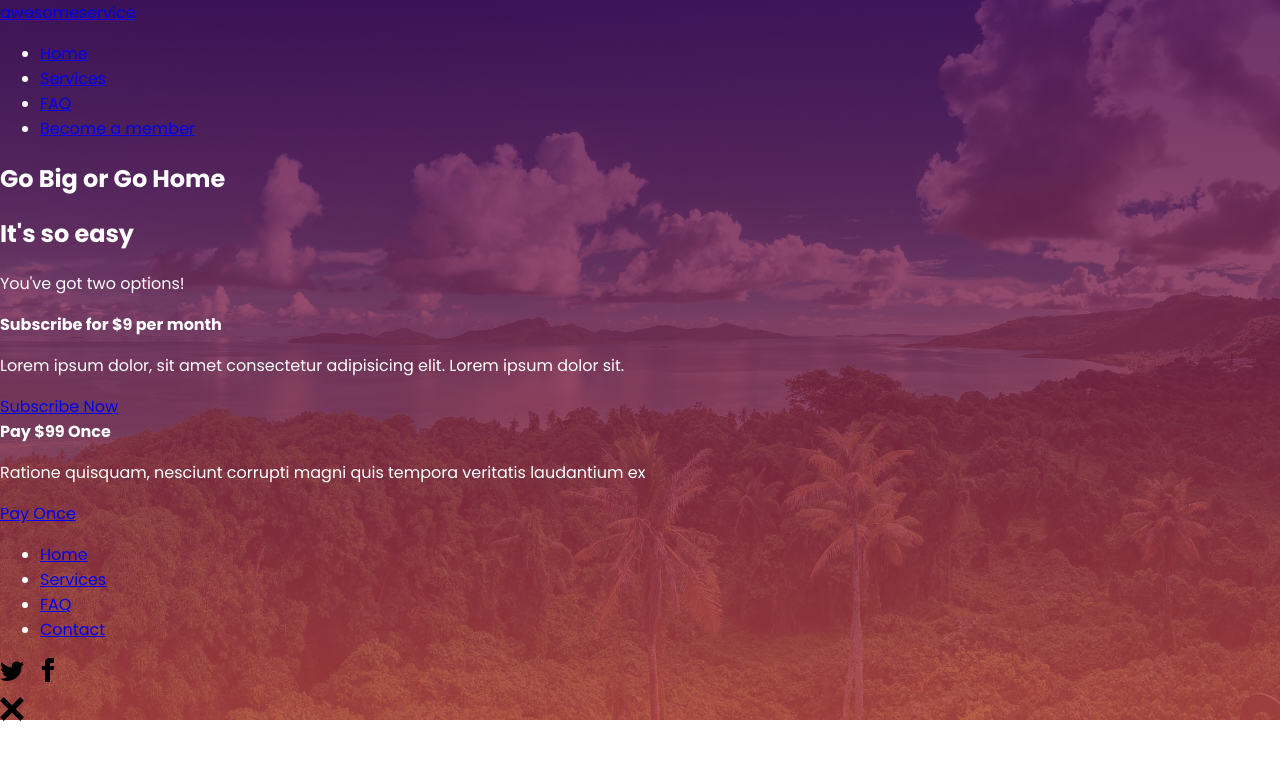
Repository: Hyperion72R/Animated-Navigation
Page: index.html
The author's editor kept a copy of each file at every save. The page is drawn from the files as they stood at one save, then again after a run of saves.
The browser window is 1280 px wide. The pictures show the whole page.
The style sheet was rebuilt from its Sass, Less or Tailwind sources for each picture, by a compiler version that may differ from the author's.

Above is the page before, as saved 2021-08-14 15:34:14.

### index.html
<!DOCTYPE html>
<html lang="en">
  <head>
    <meta charset="UTF-8" />
    <meta http-equiv="X-UA-Compatible" content="IE=edge" />
    <meta name="viewport" content="width=device-width, initial-scale=1.0" />
    <title>Document</title>
    <link rel="stylesheet" href="css/main.css" />
  </head>
  <body>
    <header>
      <a href="#" class="logo">awesomeservice</a>

      <nav>
        <ul>
          <li><a href="#">Home</a></li>
          <li><a href="#">Services</a></li>
          <li><a href="#">FAQ</a></li>
          <li class="active"><a href="#">Become a member</a></li>
        </ul>
      </nav>
    </header>

    <section>
      <h1>Go Big or Go Home</h1>
    </section>

    <div class="overlay">
      <div class="left">
        <h2>It's so easy</h2>
        <p>You've got two options!</p>

        <div class="cards">
          <div class="card">
            <strong>Subscribe for $9 per month</strong>
            <p>
              Lorem ipsum dolor, sit amet consectetur adipisicing elit. Lorem
              ipsum dolor sit.
            </p>
            <a href="#" class="cta">Subscribe Now</a>
          </div>

          <div class="card">
            <strong>Pay $99 Once</strong>
            <p>
              Ratione quisquam, nesciunt corrupti magni quis tempora veritatis
              laudantium ex
            </p>
            <a href="#" class="cta pay-once">Pay Once</a>
          </div>
        </div>
      </div>

      <div class="middle">
        <ul class="secondary">
          <li><a href="#">Home</a></li>
          <li><a href="#">Services</a></li>
          <li><a href="#">FAQ</a></li>
          <li><a href="#">Contact</a></li>
        </ul>

        <div class="social-nav">
          <a href="" class="twitter"
            ><svg
              xmlns="http://www.w3.org/2000/svg"
              width="32"
              height="32"
              viewBox="0 -1.15 32 32"
            >
              <path
                d="M24 4.557c-.883.392-1.832.656-2.828.775 1.017-.609 1.798-1.574 2.165-2.724-.951.564-2.005.974-3.127 1.195-.897-.957-2.178-1.555-3.594-1.555-3.179 0-5.515 2.966-4.797 6.045-4.091-.205-7.719-2.165-10.148-5.144-1.29 2.213-.669 5.108 1.523 6.574-.806-.026-1.566-.247-2.229-.616-.054 2.281 1.581 4.415 3.949 4.89-.693.188-1.452.232-2.224.084.626 1.956 2.444 3.379 4.6 3.419-2.07 1.623-4.678 2.348-7.29 2.04 2.179 1.397 4.768 2.212 7.548 2.212 9.142 0 14.307-7.721 13.995-14.646.962-.695 1.797-1.562 2.457-2.549z"
              /></svg
          ></a>
          <a href="" class="facebook"
            ><svg
              xmlns="http://www.w3.org/2000/svg"
              width="32"
              height="32"
              viewBox="0 0 32 32"
            >
              <path
                d="M9 8h-3v4h3v12h5v-12h3.642l.358-4h-4v-1.667c0-.955.192-1.333 1.115-1.333h2.885v-5h-3.808c-3.596 0-5.192 1.583-5.192 4.615v3.385z"
              /></svg
          ></a>
        </div>
      </div>

      <div class="right">
        <svg
          class="exit"
          xmlns="http://www.w3.org/2000/svg"
          width="58"
          height="58"
          viewBox="0 0 58 58"
        >
          <path
            d="M24 20.188l-8.315-8.209 8.2-8.282-3.697-3.697-8.212 8.318-8.31-8.203-3.666 3.666 8.321 8.24-8.206 8.313 3.666 3.666 8.237-8.318 8.285 8.203z"
          />
        </svg>
      </div>
    </div>
  </body>
</html>

### css/main.scss
@import url("https://fonts.googleapis.com/css2?family=Poppins:ital,wght@0,400;0,500;0,600;0,700;0,800;0,900;1,400;1,500;1,600;1,700;1,800;1,900&display=swap");

*,
*:before,
*::after {
  box-sizing: border-box;
}

body {
  height: 100vh;
  //   background: #8000ff url("../assets/images/bg.jpg");
  background: linear-gradient(rgba(72, 0, 72, 0.8), rgba(192, 72, 72, 0.8)),
    url("../assets/images/bg.jpg");
  background-size: cover;
  color: white;
  font-family: "Poppins";
  margin: 0;
  overflow: hidden;
  background-repeat: no-repeat;
}

After the next 4 saves:
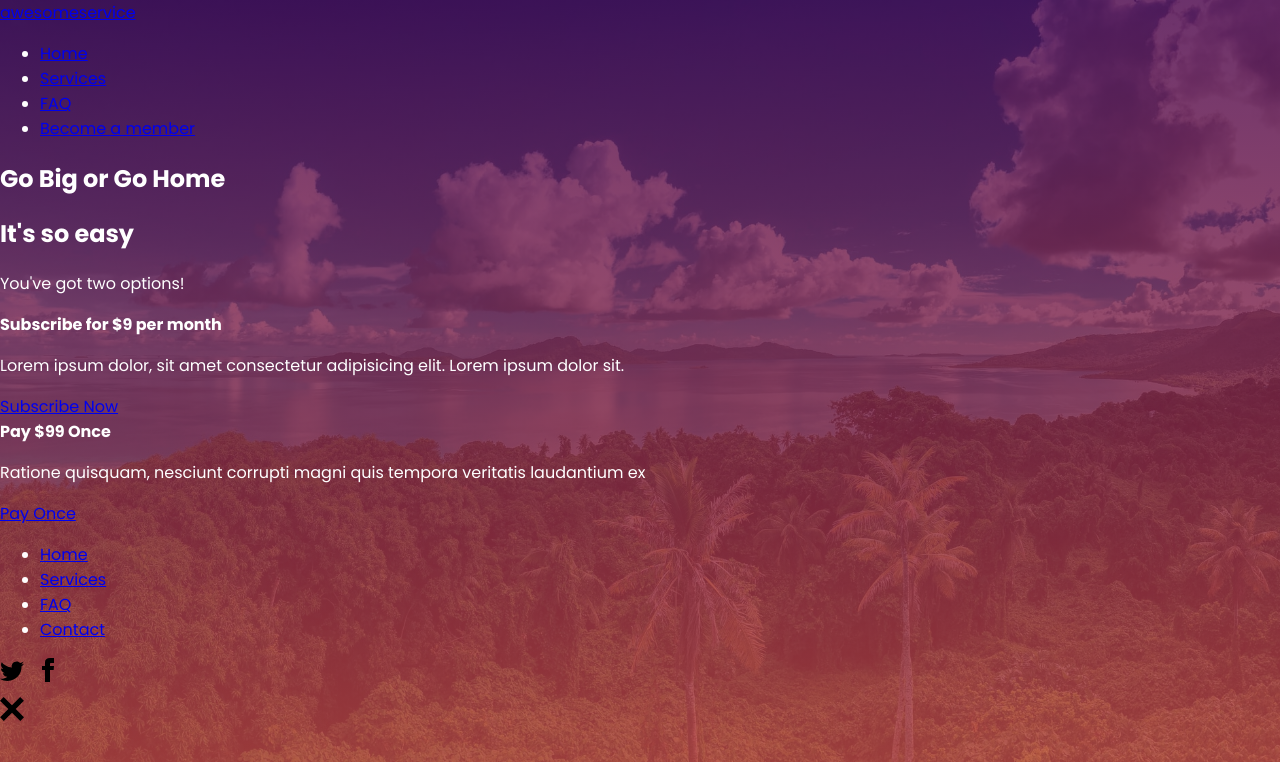
The 4 saves are shown as one change because they came seconds apart.
The last was saved 23 s later.
--- a/css/main.scss
+++ b/css/main.scss
@@ -7,7 +7,7 @@
 }
 
 body {
-  height: 100vh;
+  //   height: 100vh;
   //   background: #8000ff url("../assets/images/bg.jpg");
   background: linear-gradient(rgba(72, 0, 72, 0.8), rgba(192, 72, 72, 0.8)),
     url("../assets/images/bg.jpg");
@@ -15,6 +15,6 @@
   color: white;
   font-family: "Poppins";
   margin: 0;
-  overflow: hidden;
+  //   overflow: hidden;
   background-repeat: no-repeat;
 }

After the save that followed:
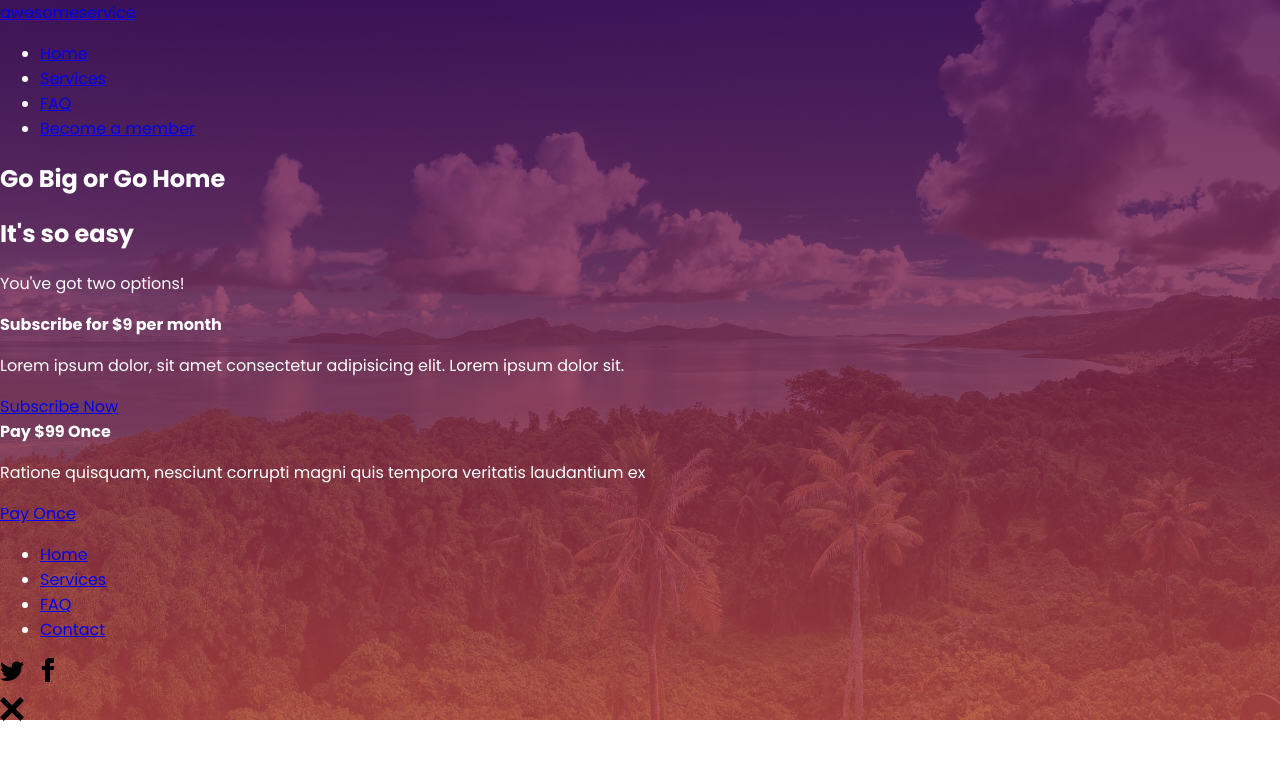
Saved 11 s later.
--- a/css/main.scss
+++ b/css/main.scss
@@ -7,7 +7,7 @@
 }
 
 body {
-  //   height: 100vh;
+  height: 100vh;
   //   background: #8000ff url("../assets/images/bg.jpg");
   background: linear-gradient(rgba(72, 0, 72, 0.8), rgba(192, 72, 72, 0.8)),
     url("../assets/images/bg.jpg");
